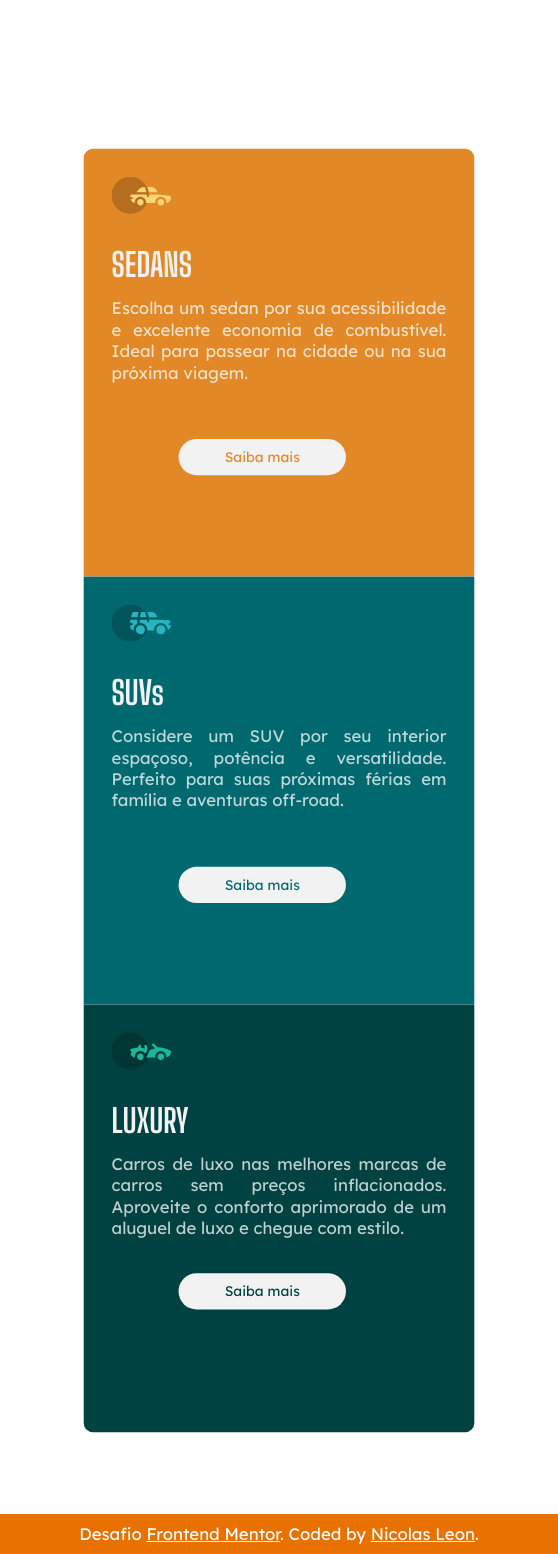
Repository: Leonngc/Car-cards
Page: index.html
The author's editor kept a copy of each file at every save. The page is drawn from the files as they stood at one save, then again after the next save.
The browser window is 600 px wide. The pictures show the whole page, at 93% of full size.

Above is the page before, as saved 2023-01-17 20:03:23.

### index.html
<!DOCTYPE html>
<html lang="pt-br">
  <head>
    <meta charset="UTF-8" />
    <meta name="viewport" content="width=device-width, initial-scale=1.0" />
    <!-- displays site properly based on user's device -->

    <link
      rel="icon"
      type="image/png"
      sizes="32x32"
      href="./images/favicon-32x32.png"
    />

    <link rel="stylesheet" href="styles/style.css" />

    <title>Frontend Mentor | 3-column preview card component</title>

    <!-- Feel free to remove these styles or customise in your own stylesheet 👍 -->
  </head>
  <body>
    <main>
      <div class="card" id="sedan">
        <div class="image"><img src="images/icon-sedans.svg" alt="" /></div>
        <h2>SEDANS</h2>
        <p>
          Escolha um sedan por sua acessibilidade e excelente economia de
          combustível. Ideal para passear na cidade ou na sua próxima viagem.
        </p>
        <button id="sedan-btn">Saiba mais</button>
      </div>
      <div class="card" id="suv">
        <div class="image"><img src="images/icon-suvs.svg" alt="" /></div>

        <h2>SUVs</h2>
        <p>
          Considere um SUV por seu interior espaçoso, potência e versatilidade.
          Perfeito para suas próximas férias em família e aventuras off-road.
        </p>
        <button id="suv-btn">Saiba mais</button>
      </div>
      <div class="card" id="luxury">
        <div class="image"><img src="images/icon-luxury.svg" alt="" /></div>
        <h2>LUXURY</h2>
        <p>
          Carros de luxo nas melhores marcas de carros sem preços inflacionados.
          Aproveite o conforto aprimorado de um aluguel de luxo e chegue com
          estilo.
        </p>
        <button id="luxury-btn">Saiba mais</button>
      </div>
    </main>

    <footer class="attribution">
      <p>
        Desafio
        <a href="https://www.frontendmentor.io?ref=challenge" target="_blank"
          >Frontend Mentor</a
        >. Coded by <a href="#">Nicolas Leon</a>.
      </p>
    </footer>
  </body>
</html>

### styles/style.css
@import url("https://fonts.googleapis.com/css2?family=Lexend+Deca&display=swap");

@import url("https://fonts.googleapis.com/css2?family=Big+Shoulders+Display:wght@700&display=swap");

* {
  margin: 0 auto;
  padding: 0;
}

:root {
  --font-body: "Lexend Deca", sans-serif;

  --font-title: "Big Shoulders Display", cursive;
}

/* Basic styles */

main {
  display: flex;
  margin: auto;
  margin-top: 20vh;
  margin-left: 20vw;
  margin-right: 20vw;
}
.card {
  padding: 30px;
  height: 55vh;
  width: 90vw;
}
.card > p {
  font-family: var(--font-body);
  margin-bottom: 60px;
  text-align: justify;
  font-size: 15px;
  color: hsla(0, 0%, 100%, 0.75);
}
.card > h2 {
  font-family: var(--font-title);
  padding-top: 30px;
  padding-bottom: 15px;
  color: hsl(0, 0%, 95%);
}

#sedan {
  background-color: hsl(31, 77%, 52%);
  border-top-left-radius: 10px;
  border-bottom-left-radius: 10px;
}

#suv {
  background-color: hsl(184, 100%, 22%);
}

#luxury {
  background-color: hsl(179, 100%, 13%);
  border-top-right-radius: 10px;
  border-bottom-right-radius: 10px;
}

#luxury > p {
  margin-bottom: 37px;
}

button {
  padding: 12px;
  border-radius: 20px;
  background-color: hsl(0, 0%, 95%);
  border: 0;
  font-family: var(--font-body);
  font-size: 15px;

}

#sedan-btn{
    color: hsl(31, 77%, 52%);
}

#suv-btn{
    color: hsl(184, 100%, 22%);
}

#luxury-btn{
    color: hsl(179, 100%, 13%);
}


footer > p {
  background-color: rgb(233, 113, 2);
  color: white;
  font-size: 18px;
  margin-top: 11vh;
  padding: 10px;
  text-align: center;
  font-family: var(--font-body);
}

a {
  color: white;
}

/* Animations */
button:hover {
  background-color: hsla(0, 0%, 54%, 0);
  border: 2px solid rgb(255, 255, 255);
  color: #FFF;
}

a:hover {
  font-size: 20px;
}

/* Media Queries */
@media screen and (max-width: 650px) {
  main {
    display: flex;
    flex-direction: column;
    margin-top: 20vh;
    margin-left: 10vw;
    margin-right: 10vw;
  }

  .card {
    height: 40vh;
    width: 60vw;
    padding-bottom: 110px;
  }

  .card > h2 {
    font-size: 35px;
    padding-top: 30px;
    padding-bottom: ;
  }
  .card > p {
    font-size: 18px;
  }
  #sedan {
    border-radius: 0;
    border-top-left-radius: 10px;
    border-top-right-radius: 10px;
  }
  #luxury {
    border-radius: 0px 0px 10px 10px;
  }

  button{
    width: 180px;
    padding: 10px;
    border-radius: 20px;
    margin-left: 12vw;
  }
}

After the next save:
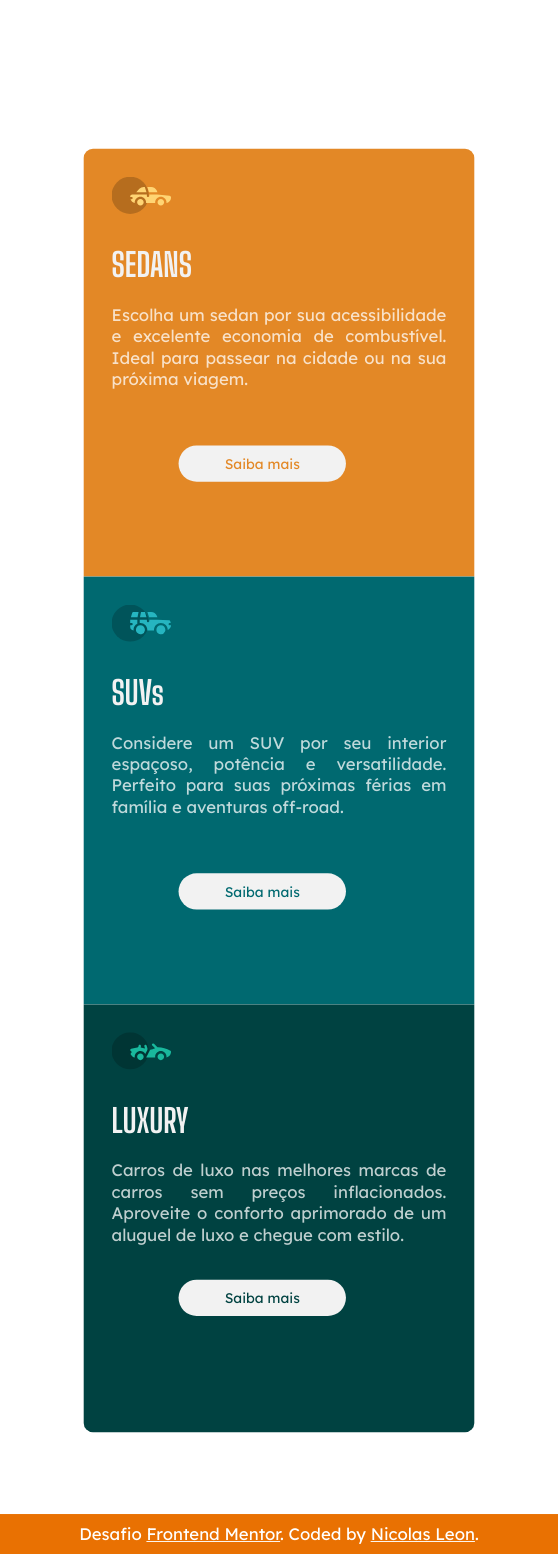
Saved 4 s later.
--- a/styles/style.css
+++ b/styles/style.css
@@ -128,7 +128,7 @@
   .card > h2 {
     font-size: 35px;
     padding-top: 30px;
-    padding-bottom: ;
+    padding-bottom: 22px;
   }
   .card > p {
     font-size: 18px;
